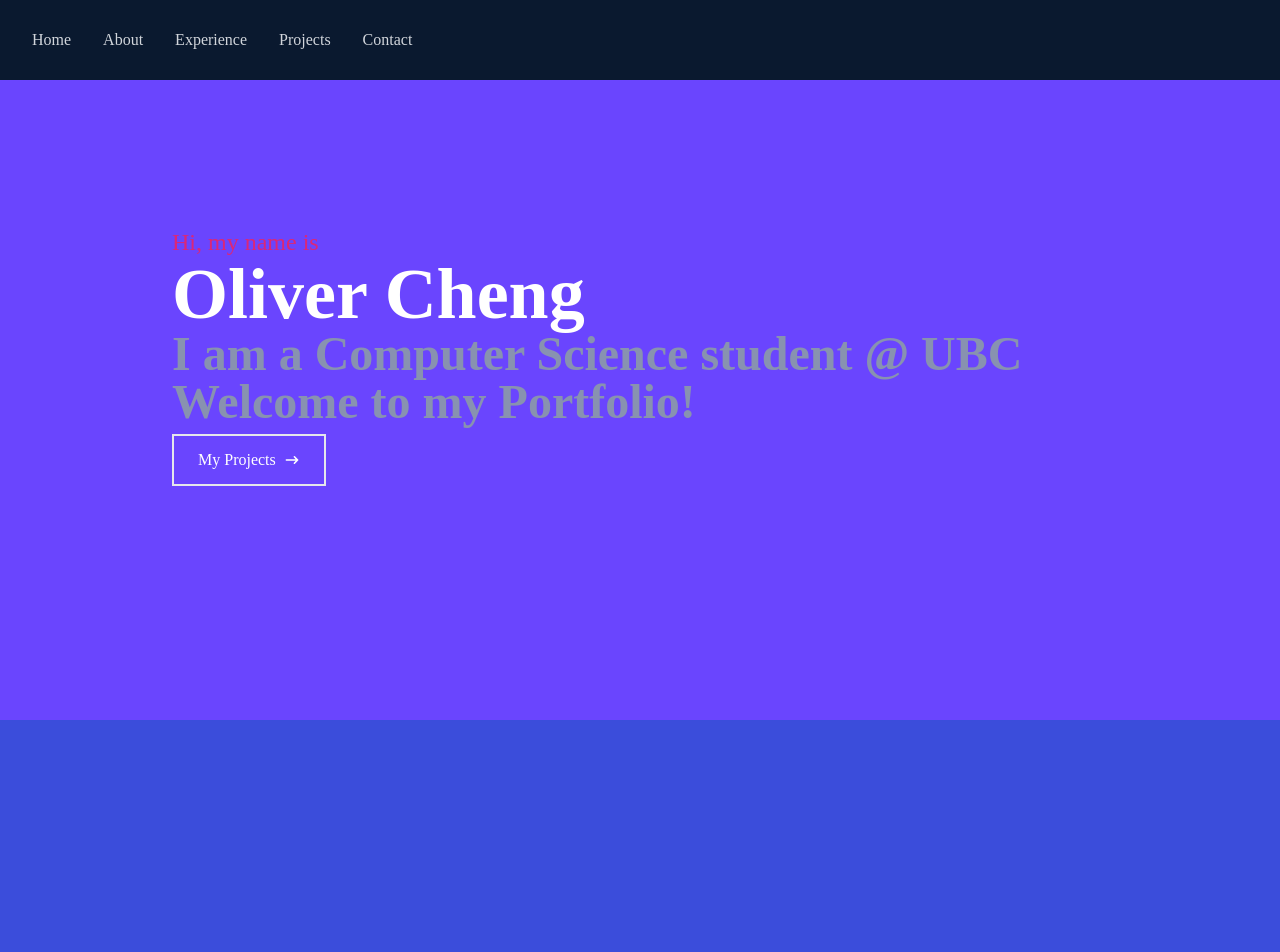
Repository: olichengus/Project-Portfolio
Page: /
The author's editor kept a copy of each file at every save. The page is drawn from the files as they stood at one save, then again after the next save.
The browser window is 1280 px wide. The pictures show the part of the page from y = 0 to 952 px (the page is 2160 px tall).
The project was rebuilt for these pictures with package versions that can differ from the ones it lists, and the page was loaded fresh each time.

Above is the page before, as saved 2024-02-09 23:50:20.

### src/index.css
@tailwind base;
@tailwind components;
@tailwind utilities;

@import url('https://fonts.googleapis.com/css2?family=Roboto:wght@300;400;500;700&display=swap');

@layer base {
  body {
    @apply font-[Raleway];
  }
  li {
    @apply px-4;
    @apply cursor-pointer;
  }
}


.content-div{
  background-repeat: no-repeat;
  background-size: cover;
  background-position: center;
  height: 250px;
}

.content-div:hover{
  background-image: linear-gradient(
    to right,
    rgba(112,157,255,0.8),
    hsla(242,74%,61%,0.8)
  )!important;
  background-color: rgba(0, 0, 0, 0.5);
  transition: 0.5s;
}

### src/App.js
import Home from './components/Home';
import Navbar from './components/Navbar';
import About from './components/About';
import Work from './components/Work';

function App() {
  return (
    <div>
      <Navbar />
      <Home />
      <About />
      <Work />
    </div>
  );
}

export default App;

### src/components/Home.jsx
import React from 'react'
import {HiArrowNarrowRight} from 'react-icons/hi'

const Home = () => {
  return (
    <div className='w-full h-screen bg-[#6a45fe]'>
      {/* Container */}
      <div className='max-w-[1000px] mx-auto px-8 flex flex-col justify-center h-full'>
        <p className='text-pink-600 text-2xl'>Hi, my name is</p>
        <h1 className='text-white text-7xl font-bold'>Oliver Cheng</h1>
        <h2 className='text-4xl sm:text-5xl font-bold text-[#8892b0]'> I am a Computer Science student @ UBC</h2>
        <h2 className='text-4xl sm:text-5xl font-bold text-[#8892b0]'> Welcome to my Portfolio!</h2>
        <div className='background-color'>
          <button className = 'text-white border-2 px-6 py-3 my-2 flex items-center hover:bg-pink-600 hover:border-pink-600'>
            My Projects
            <span className='group-hover:rotate-90 duration-300'>
              <HiArrowNarrowRight className='ml-2' />
            </span>
          </button>
        </div>
      </div>

    </div>
  )
}

export default Home

### src/components/navbar.js
import React, {useState} from 'react'
import {
    FaBars,
    FaTimes,
    FaGithub,
    FaLinkedin
  } from 'react-icons/fa';
import { HiOutlineMail } from 'react-icons/hi';
import BsFillPersonFill from 'react-icons/bs';

const Navbar = () => {
    const [nav, setNav] = useState(false)
    const handleClick = () => setNav(!nav)
  return (
    <div className='fixed w-full h-[80px] flex justify-between items-center px-4 bg-[#0a192f] text-gray-300'>
    {/* menu */}
        <div className='hidden md:flex'>
            <ul className='hidden md:flex'>
                <li>Home</li>
                <li>About</li>
                <li>Experience</li>
                <li>Projects</li>
                <li>Contact</li>


            </ul>
        </div>

        <div onClick={handleClick} className='md:hidden z-10'>
            {/* if false set it to bars else set it to x logo*/}
            {!nav ? <FaBars /> : <FaTimes />}
        </div>


        {/* Moble menu */}
        <ul className={!nav ? "hidden": 'absolute top-0 left-0 w-full h-screen bg-[#0a192f] flex flex-col justify center items-center'}>
                <li className='py-6 text-4xl'>Home</li>
                <li className='py-6 text-4xl'>About</li>
                <li className='py-6 text-4xl'>Experience</li>
                <li className='py-6 text-4xl'>Projects</li>
                <li className='py-6 text-4xl'>Contact</li>

        </ul>
        {/* Social Icons */}
        <div className='flex fixed flex-col top-[35%] left-0;'>
        </div>
    </div>


  )
}

export default Navbar

### src/components/About.jsx
import React from 'react';

const About = () => {
    return (
        <div name='about' className='w-full h-screen bg-[#3b4ddb] text-gray-300'>
            <div className='flex flex-col justify-center items-center w-full h-full'>
                <div className='max-w-[1000px] w-full px-4 justify-center items-center'>
                    <div className='text-left'>
                        <p className='text-4xl font-bold inline border-b-4 border-pink-600 hover:text-white'>About</p>
                    </div>

                </div>
                <div className='mt-9 max-w-[1000px] w-full'>
                </div>
            </div>
        </div>
    )
}

export default About;

### src/components/Work.jsx
import React from 'react';
import Background from '../assets/background.jpeg';

const Work = () => {
    return (
        <div className='w-full md:h-screen text-gray-300 bg-[#3b4ddb]'>
            <div className='max-w-[1000px] mx-auto p-4 flex flex-col justify-center w-full h-full'>
                <div>
                    <p className='text-4xl font-bold inline border-b-4 text-gray-300 border-pink-600'>My Projects</p>
                </div>

            {/* Container */}

                <div className='grid sm:grid-cols-2 md:grid-cols-3 gap-4 mt-7'>

            {/* Grid Item */}
                    <div style = {{backgroundImage: `url(${Background})`}}
                    className='shadow-lg shadow-[#040c16] group container rounded-md flex justify-center items-center mx-auto content-div'>

                        {/* Hover Effects */}
                        <div className='opacity-0 group-hover:opacity-100'>
                            <span className='text-2xl font-bold text-white tracking-wider'>
                                UBC Elective Finder
                            </span>
                            <div className='pt-8 text-center'>
                                {/* <a href ="/">
                                    <button className='text-center rounded-lg px-4 py-3 m-2 bg-white text-gray-700 font-bold text-lg'>Demo</button>
                                </a> */}
                                <a href = "https://github.com/olichengus/UBC-Elective-Finder">
                                    <button className='text-center rounded-lg px-5 py-3 m-2 bg-white text-gray-700 font-bold text-lg'>View</button>
                                </a>
                            </div>
                        </div>
                    </div>

                    <div style = {{backgroundImage: `url(${Background})`}}
                    className='shadow-lg shadow-[#040c16] group container rounded-md flex justify-center items-center mx-auto content-div'>

                        {/* Hover Effects */}
                        <div className='opacity-0 group-hover:opacity-100'>
                            <span className='text-2xl font-bold text-white tracking-wider'>
                                Telomeres Website
                            </span>
                            <div className='pt-8 text-center'>
                                {/* <a href ="/">
                                    <button className='text-center rounded-lg px-4 py-3 m-2 bg-white text-gray-700 font-bold text-lg'>Demo</button>
                                </a> */}
                                <a href = "https://github.com/olichengus/TelomeresWebsite">
                                    <button className='text-center rounded-lg px-5 py-3 m-2 bg-white text-gray-700 font-bold text-lg'>View</button>
                                </a>
                            </div>
                        </div>
                    </div>

                    <div style = {{backgroundImage: `url(${Background})`}}
                    className='shadow-lg shadow-[#040c16] group container rounded-md flex justify-center items-center mx-auto content-div'>

                        {/* Hover Effects */}
                        <div className='opacity-0 group-hover:opacity-100'>
                            <span className='text-2xl font-bold text-white tracking-wider'>
                                Wishlist Application
                            </span>
                            <div className='pt-8 text-center'>
                                {/* <a href ="https://github.com/olichengus/WishList">
                                    <button className='text-center rounded-lg px-4 py-3 m-2 bg-white text-gray-700 font-bold text-lg'>Demo</button>
                                </a> */}
                                <a href = "https://github.com/olichengus/WishList">
                                    <button className='text-center rounded-lg px-5 py-3 m-2 bg-white text-gray-700 font-bold text-lg'>View</button>
                                </a>
                            </div>
                        </div>
                    </div>

                    <div style = {{backgroundImage: `url(${Background})`}}
                    className='shadow-lg shadow-[#040c16] group container rounded-md flex justify-center items-center mx-auto content-div'>

                        {/* Hover Effects */}
                        <div className='opacity-0 group-hover:opacity-100'>
                            <span className='text-2xl font-bold text-white tracking-wider'>
                                PythonRoads
                            </span>
                            <div className='pt-8 text-center'>
                                {/* <a href ="/">
                                    <button className='text-center rounded-lg px-4 py-3 m-2 bg-white text-gray-700 font-bold text-lg'>Demo</button>
                                </a> */}
                                <a href = "https://github.com/olichengus/PythonRoads">
                                    <button className='text-center rounded-lg px-5 py-3 m-2 bg-white text-gray-700 font-bold text-lg'>View</button>
                                </a>
                            </div>
                        </div>
                    </div>

                </div>



            </div>
        </div>
    );
};

export default Work;

### tailwind.config.js
/** @type {import('tailwindcss').Config} */
module.exports = {
  content: ["./src/**/*.{html,jsx}"],
  theme: {
    extend: {},
  },
  plugins: [],
}

Loaded but not shown: public/index.html (common file); src/index.js (common file)

After the next save:
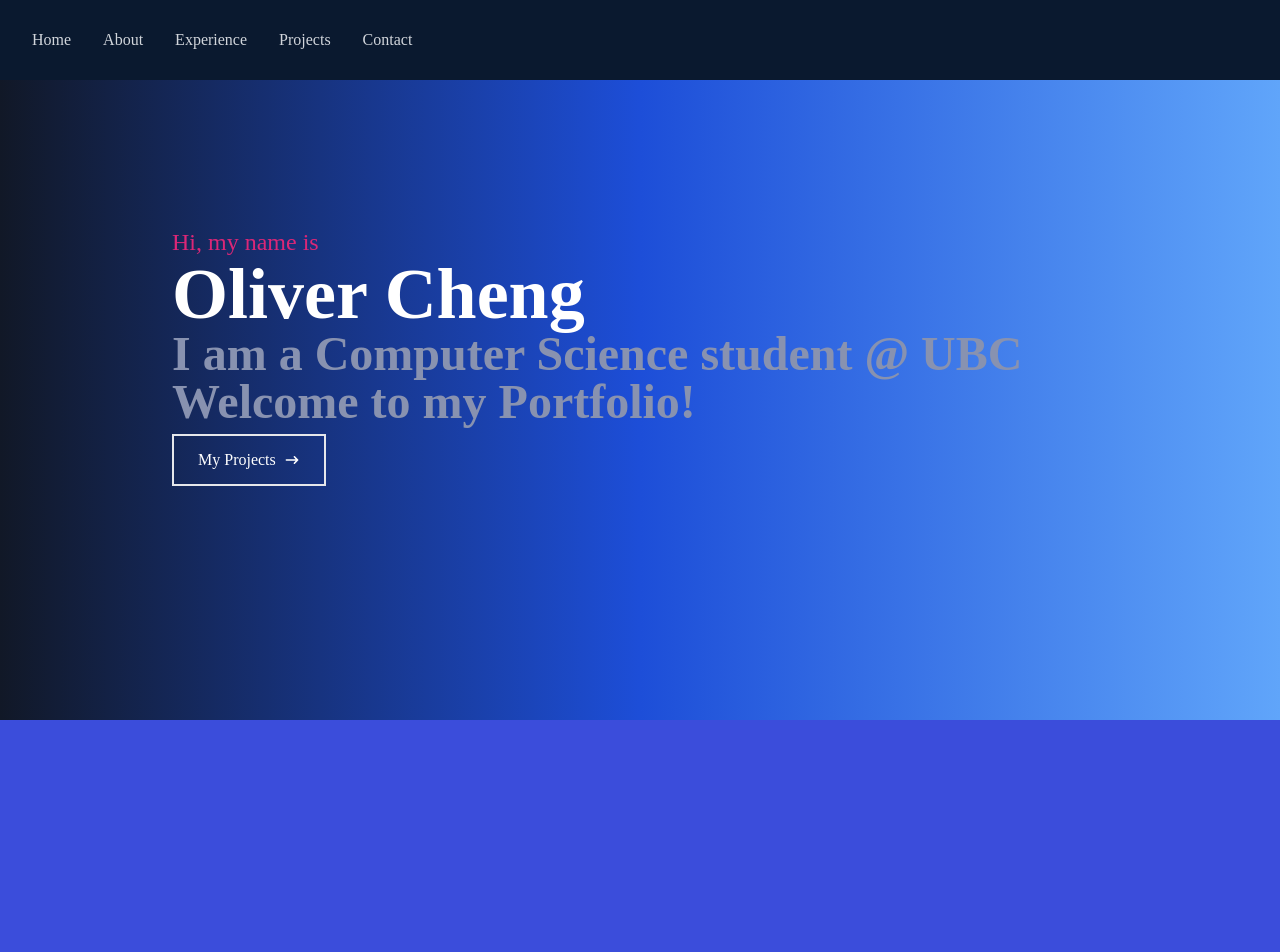
Saved 2 min 6 s later.
--- a/src/components/Home.jsx
+++ b/src/components/Home.jsx
@@ -3,7 +3,7 @@ import {HiArrowNarrowRight} from 'react-icons/hi'
 
 const Home = () => {
   return (
-    <div className='w-full h-screen bg-[#6a45fe]'>
+    <div className='w-full h-screen bg-gradient-to-r from-gray-900 via-blue-700 to-blue-400'>
       {/* Container */}
       <div className='max-w-[1000px] mx-auto px-8 flex flex-col justify-center h-full'>
         <p className='text-pink-600 text-2xl'>Hi, my name is</p>
